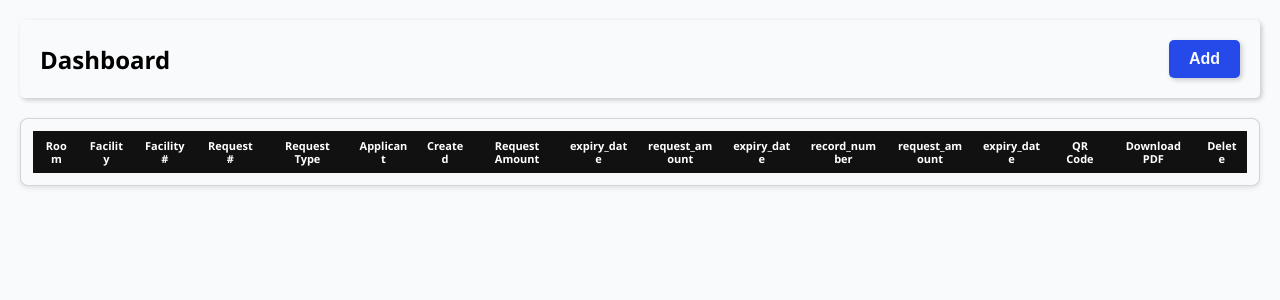
Repository: irfan-shah-sherani/Travel-Tour
Page: public/index.html
The author's editor kept a copy of each file at every save. The page is drawn from the files as they stood at one save, then again after a run of saves.
The browser window is 1280 px wide. The pictures show the whole page.
The page's requests for data from a server got no answer.

Above is the page before, as saved 2025-07-11 04:54:10.

### public/index.html
<!DOCTYPE html>
<html lang="en">

<head>
  <meta charset="UTF-8" />
  <meta name="viewport" content="width=device-width, initial-scale=1.0" />
  <title>Dashboard</title>
  <link rel="stylesheet" href="index.css" />
  <!-- <link
      rel="stylesheet"
      href="/public/Dashboard.css"
      integrity="sha512-..."
      crossorigin="anonymous"
      referrerpolicy="no-referrer"
    /> -->
</head>

<body>
  <main>
    <!-- main content -->
    <div class="main-content">
      <!-- TOP-nav -->
      <nav class="main-nav">
        <div class="page-name">
          <i class="fas fa-bars"></i>
          <p>Dashboard</p>
        </div>
        <div class="button">
          <button id="addPersonBtn">Add</button>
        </div>
      </nav>

      <!-- main content  end -->
      <div class="table-container">
        <table>
          <tr>
            <th>Room</th>
          <th>Facility</th>
          <th>Facility #</th>
          <th>Request #</th>
          <th>Request Type</th>
          <th>Applicant</th>
          <th>Created</th>
          <th>Request Amount</th>
          <th>expiry_date</th>
          <th>request_amount </th>
          <th>expiry_date</th>
          <th>record_number</th>
          <th>request_amount</th>
          <th>expiry_date</th>
          <th>QR Code</th>
          <th>Download PDF</th>
          <th>Delete</th>
          </tr>
          <tbody id="person-table-body">
            <!-- JS will populate this -->
          </tbody>
        </table>

        <!-- ✅ Place script here -->
        <script>
  fetch("/api/")
    .then((res) => res.json())
    .then((data) => {
      const tbody = document.getElementById("person-table-body");
      tbody.innerHTML = "";
      data.forEach((record) => {
        const tr = document.createElement("tr");
        tr.innerHTML = `
          <td>${record.record_id}</td>
          <td>${record.room_name}</td>
          <td>${record.facility_name}</td>
          <td>${record.facility_number}</td>
          <td>${record.request_number}</td>
          <td>${record.request_type}</td>
          <td>${record.applicant_name}</td>
          <td>${record.creation_date}</td>
          <td>${record.request_amount}</td>
          <td>${record.expiry_date}</td>
          <td>${record.record_number}</td>
          <td>${record.request_status}</td>
          <td>${record.reference_number}</td>
          <td>${record.passport_number}</td>
          <td>${record.qrcode_url ? `<img src="${record.qrcode_url}" class="qr-img" alt="QR Code">` : "No QR"}</td>
          <td>
            <a href="/api/download-pdf?token=${record.qr_token}">
              <button type="button">Download PDF</button>
            </a>
          </td>
          <td>
            <form action="/delete/${record.qr_token}" method="POST" onsubmit="return confirm('Are you sure you want to delete this record?');">
              <button type="submit">Delete</button>
            </form>
          </td>
        `;

                tbody.appendChild(tr);
              });
            });
        </script>
        </table>
      </div>

      <!-- Trigger Button OUTSIDE -->
      <!-- Add Room Form (initially hidden in CSS or JS) -->
      <div class="add-new add-new-person">
        <h2 class="form-title">Add New Person</h2>
        <form class="person-form" action="/" method="POST">
          <div class="inputForm">
            <!-- Left Side -->
            <div class="left-side">
              <div class="form-group">
                <label for="room_number">Room No </label>
                <input type="text" id="room_number" name="room_number" required />
              </div>

              <div class="form-group">
                <label for="facility_name">Facility Name </label>
                <input type="text" id="facility_name" name="facility_name" required />
              </div>

              <div class="form-group">
                <label for="facility_number">Facility number </label>
                <input type="text" id="facility_number" name="facility_number" required />
              </div>

              <div class="form-group">
                <label for="request_number">Request number </label>
                <input type="number" id="request_number" name="request_number" step="0.01" required />
              </div>

              <div class="form-group">
                <label for="request_type">Request Type</label>
                <input type="text" id="request_type" name="request_type" required />
              </div>
            </div>

            <!-- Center Side -->
            <div class="center-side">
              <div class="form-group">
                <label for="applicant">Applicant</label>
                <input type="text" id="applicant" name="applicant" />
              </div>

              <div class="form-group">
                <label for="created">Created</label>
                <input type="text" id="created" name="created" />
              </div>

              <div class="form-group">
                <label for="amount">Amount</label>
                <input type="text" id="amount" name="amount" />
              </div>

              <div class="form-group">
                <label for="expiry">Expiry</label>
                <input type="text" id="expiry" name="expiry" />
              </div>

              <div class="form-group">
                <label for="record_number">Record number</label>
                <input type="text" id="record_number" name="record_number" />
              </div>
            </div>

            <!-- Right Side -->
            <div class="right-side">
              <div class="form-group">
                <label for="status">Status</label>
                <input type="text" id="status" name="status" />
              </div>

              <div class="form-group">
                <label for="reference_number">Reference number</label>
                <input type="text" id="reference_number" name="reference_number" />
              </div>

              <div class="form-group">
                <label for="passport_number">Passport number</label>
                <input type="text" id="passport_number" name="passport_number" />
              </div>

            </div>
          </div>

          <div class="button-group">
            <button type="button" class="cancelbtn">Cancel</button>
            <button type="submit" class="submit-person-btn">Add Person</button>
          </div>
        </form>
      </div>

    </div>
  </main>
  <script src="index.js"></script>
</body>

</html>

### public/index.css
* {
  margin: 0;
  padding: 0;
  box-sizing: border-box;
}
:root {
  --primary-gradient: linear-gradient(135deg, #667eea 0%, #764ba2 100%);
  --card-shadow: 0 4px 6px rgba(0, 0, 0, 0.1);
  --card-hover-shadow: 0 8px 15px rgba(0, 0, 0, 0.2);
}
body {
  font-family: "Segoe UI", Tahoma, Geneva, Verdana, sans-serif;
  background-color: #f8fafc;
}
main {
  display: flex;
  /* display: flex; */
}
/* .sidebar {
  position: fixed;
  display: flex;
  align-items: center;
  flex-direction: column;
  width: 250px;
  height: 100vh;
  padding: 20px;
  background: var(--primary-gradient);
  border-radius: 10px 0px 0px 10px;
  color: #f8fafc;
}
.cross-icon {
  display: none;
  justify-content: right;
  color: #f8fafc;
  font-size: 2rem;
  cursor: pointer;
}
.logo {
  display: flex;
  align-items: center;
  gap: 10px;
  margin-bottom: 10px;
  border-bottom: 1px solid rgba(255, 255, 255, 1);
  padding-bottom: 20px;
}
.logo p {
  font-size: 24px;
  font-weight: 600;
}
.sidebar img {
  display: block;
  width: 50px;
  height: 50px;
  object-fit: cover;
  object-position: center;
  border-radius: 5px;
}
.logo hr {
  width: 100px;
  height: 2px;
  color: rgba(255, 255, 255, 0.1);
}
.links ul li {
  list-style: none;
  margin: 5px;
}
.links ul li a {
  display: flex;
  padding-left: 20px;
  align-items: center;
  width: 200px;
  height: 50px;
  text-decoration: none;
  gap: 10px;
  border-radius: 10px;
  transition: all 0.3s ease;
  color: rgba(255, 255, 255, 0.85);
}
.links ul li a:hover {
  background-color: rgba(255, 255, 255, 0.1);
  transform: translateX(5px);
}
.links ul li a.active {
  background-color: rgba(255, 255, 255, 0.1);
  transform: translateX(5px);
} */
/* main content */
.main-content {
  display: flex;
  /* margin-left: 250px; */
  flex-direction: column;
  background-color: #f8fafc;
  width: 100%;
  padding: 20px;
  gap: 20px;
}
.main-content nav {
  display: flex;
  justify-content: space-between;
  align-items: center;
  border-radius: 5px;
  width: 100%;
  background-color: #f8fafc;
  padding: 20px;
  box-shadow: 2px 2px 5px rgba(0, 0, 0, 0.2);
}
.page-name {
  display: flex;
  align-items: center;
  gap: 10px;
}
.page-name p {
  font-size: 24px;
  font-weight: 600;
}
.page-name i {
  display: none;
  cursor: pointer;
  font-size: 24px;
  font-weight: 600;
}
.button {
  display: flex;
  align-items: center;
  gap: 10px;
}
.button button {
  padding: 10px 20px;
  border-radius: 5px;
  border: none;
  background-color: #264ae9;
  color: #f8fafc;
  font-size: 16px;
  font-weight: 600;
  box-shadow: 2px 2px 5px rgba(0, 0, 0, 0.2);
  cursor: pointer;
  transition: all 0.05s ease-in-out;
}
.button button:hover {
  transform: translateY(2px);
}

/* table */
/* General Table Styling */
.table-container {
  width: 100%;
  overflow-x: auto;
  background-color: #f8fafc;
  border-radius: 8px;
  border: 1px solid rgba(0, 0, 0, 0.15);
  box-shadow: 0 2px 5px rgba(0, 0, 0, 0.1);
  padding: 12px;
  box-sizing: border-box;
}

/* Table Reset */
table {
  width: 100%;
  border-collapse: collapse;
  font-size: 11px;
  table-layout: auto;
}

/* Table Header */
.table-container table th {
  background-color: #111;
  color: #fff;
  font-weight: 600;
  font-size: 11px;
  padding: 8px;
  text-align: center;
  vertical-align: middle;
  white-space: normal;
  line-height: 1.2;
  word-break: break-word;
}

/* Force words like "Request Number" to wrap into 2 lines */
.table-container table th {
  max-width: 90px;
}

/* Table Body */
.table-container table td {
  white-space: nowrap;
  text-align: center;
  vertical-align: middle;
  padding: 8px 6px;
}

/* Row Hover Effect */
.table-container table tr:hover {
  background-color: #e2e8f0;
  transition: background-color 0.2s;
}

/* Button Styling */
.btn {
  padding: 4px 8px;
  font-size: 10px;
  border-radius: 4px;
  border: none;
  cursor: pointer;
  transition: 0.2s;
}

/* Delete Button */
.delete-form {
  border: 1px solid #ef4444;
  color: #ef4444;
  background: transparent;
}
.delete-form:hover {
  background-color: #fee2e2;
}

/* Download Button (optional styling) */
.download-btn {
  background-color: #2563eb;
  color: white;
  border: none;
}
.download-btn:hover {
  background-color: #1d4ed8;
}

.add-new {
  display: none;
  width: 80%;
  max-height: 90vh; /* limit height */
  overflow-y: auto;  /* enable scroll if content too tall */
  position: absolute;
  top: 50%;
  left: 50%;
  transform: translate(-50%, -50%);
  background-color: white;
  padding: 20px;
  border-radius: 8px;
  box-shadow: 0 0 10px rgba(0, 0, 0, 0.5);
  font-family: Arial, sans-serif;
  z-index: 10;
}

.form-title {
  font-size: 24px;
  font-weight: 600;
  margin-bottom: 10px;
}

/* Reduce spacing */
.person-form {
  display: flex;
  flex-direction: column;
  gap: 10px;
}

.inputForm {
  display: flex;
  justify-content: space-between;
  gap: 20px;
}

/* Equal columns */
.left-side,
.center-side,
.right-side {
  flex: 1;
}
label {
  font-size: 14px;
  font-weight: 500;
  margin-bottom: 5px;
}
/* Compact input spacing */
.form-group {
  display: flex;
  flex-direction: column;
  margin-bottom: 10px;
}

input,
textarea,
select {
  padding: 5px;
  font-size: 16px;
}

/* Buttons */
.button-group {
  display: flex;
  justify-content: flex-end;
  gap: 10px;
  margin-top: 0px;
}

button {
  padding: 8px;
  font-size: 13px;
  border: none;
  border-radius: 5px;
  cursor: pointer;
}

.cancel-person-btn {
  background-color: #6c757d;
  color: white;
}

.submit-person-btn {
  background-color: #007bff;
  color: white;
}

/* Responsive */
@media (max-width: 768px) {
  .inputForm {
    flex-direction: column;
  }

  .left-side,
  .center-side,
  .right-side {
    width: 100%;
  }
}
.qr-img {
  width: 30px;
  height: 30px;
  object-fit: contain;
  display: block;
}

### public/index.js
const addPersonBtn = document.getElementById("addPersonBtn");
const addNewPerson = document.querySelector(".add-new");
const cancelPersonBtn = document.querySelector(".cancelbtn");
const submitPersonBtn = document.querySelector(".submit-person-btn");

addPersonBtn?.addEventListener("click", () => {
  addNewPerson.style.display = "block";
});

cancelPersonBtn?.addEventListener("click", () => {
  addNewPerson.style.display = "none";
});

submitPersonBtn?.addEventListener("click", () => {
  addNewPerson.style.display = "none";
});

After the next 4 saves:
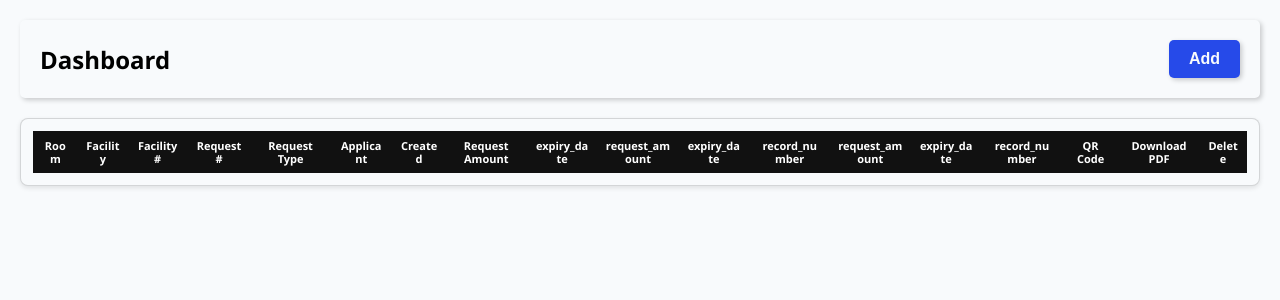
The 4 saves are shown as one change because they came seconds apart.
The last was saved 14 s later.
--- a/public/index.html
+++ b/public/index.html
@@ -48,6 +48,7 @@
           <th>record_number</th>
           <th>request_amount</th>
           <th>expiry_date</th>
+          <th>record_number</th>
           <th>QR Code</th>
           <th>Download PDF</th>
           <th>Delete</th>
